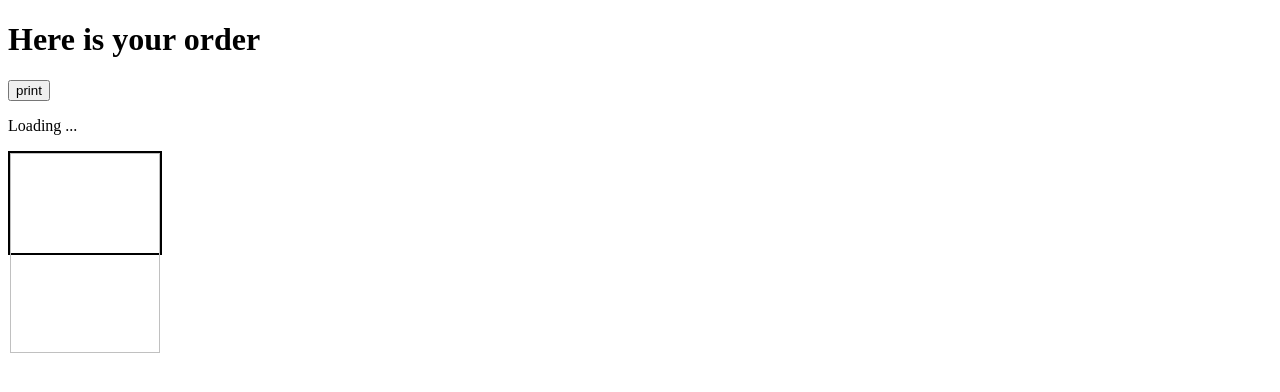
Repository: boschierob/order-app
Page: read.html
These files come from the project's save history. The page is drawn as it stood at one moment and after the next save; the edit follows.
The browser window is 1280 px wide. The pictures show the whole page.
The page's requests for data from a server got no answer.

Above is the page before, as saved 2023-01-01 23:41:18.

### read.html
<!DOCTYPE html>
<html lang="en">

<head>
    <meta charset="UTF-8">
    <meta http-equiv="X-UA-Compatible" content="IE=edge">
    <meta name="viewport" content="width=device-width, initial-scale=1.0">
    <title>view your order</title>
    <style>

    </style>
</head>

<body>
    <div>
        <h1>Here is your order</h1>
        <div>
            <button>print</button>
            <p id="data"> Loading ...</p>
            <div style="border:2px solid black ; width:150px; height:100px;">
                <img style="width:150px; height:200px;object-fit:scale-down;" id="image">
            </div>


        </div>

    </div>

    <script type="text/javascript">
        const show = document.getElementById('data');
        const image = document.getElementById('image');

        fetch('/list', {
            headers: {
                "Content-Type": "application/json"
            }
        })
            .then(response => response.json())
            .then(data => {
                //str = str.replace(/\^/g, '');
                const arrivals =  JSON.stringify(data.arrivals).replace(/[\[\^!""\]]/g, '');

                const departures = JSON.stringify(data.departures).replace(/[\[\^!""\]]/g, '');
                const so = JSON.stringify(data.so).replace(/[\[\^!""\]]/g, '');
                show.innerHTML = `<h2>Votre commande :</h2>
                <ul>
                    <li>chambres en arrivées : ${arrivals} </li>
                <li> chambres en départs : ${departures}</li>
                <li>en stay over : ${so}</li>
                </ul>`
                image.src = data.signature;

            })
            .catch(error => console.error(error))

    </script>
</body>

</html>

After the next save:
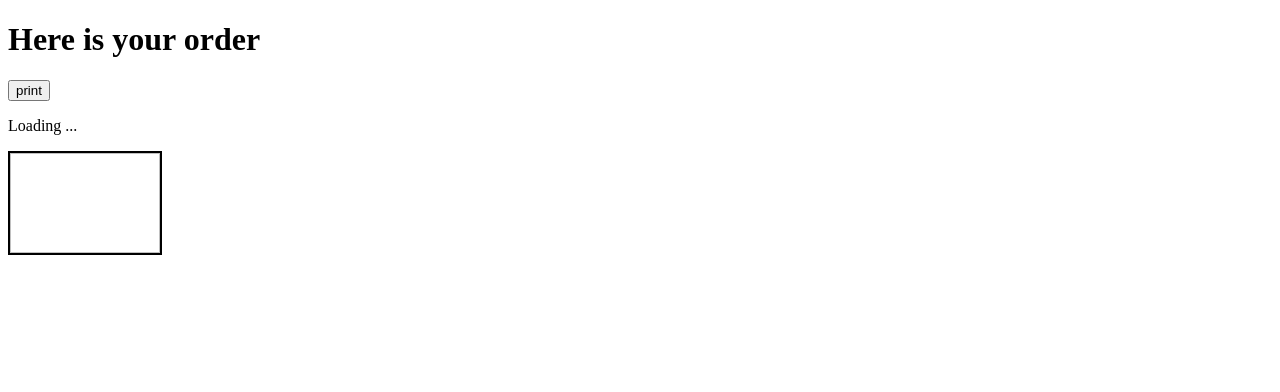
Saved 22 s later.
--- a/read.html
+++ b/read.html
@@ -18,7 +18,7 @@
             <button>print</button>
             <p id="data"> Loading ...</p>
             <div style="border:2px solid black ; width:150px; height:100px;">
-                <img style="width:150px; height:200px;object-fit:scale-down;" id="image">
+                <img style="width:150px; height:100px;object-fit:scale-down;" id="image">
             </div>
 
 
